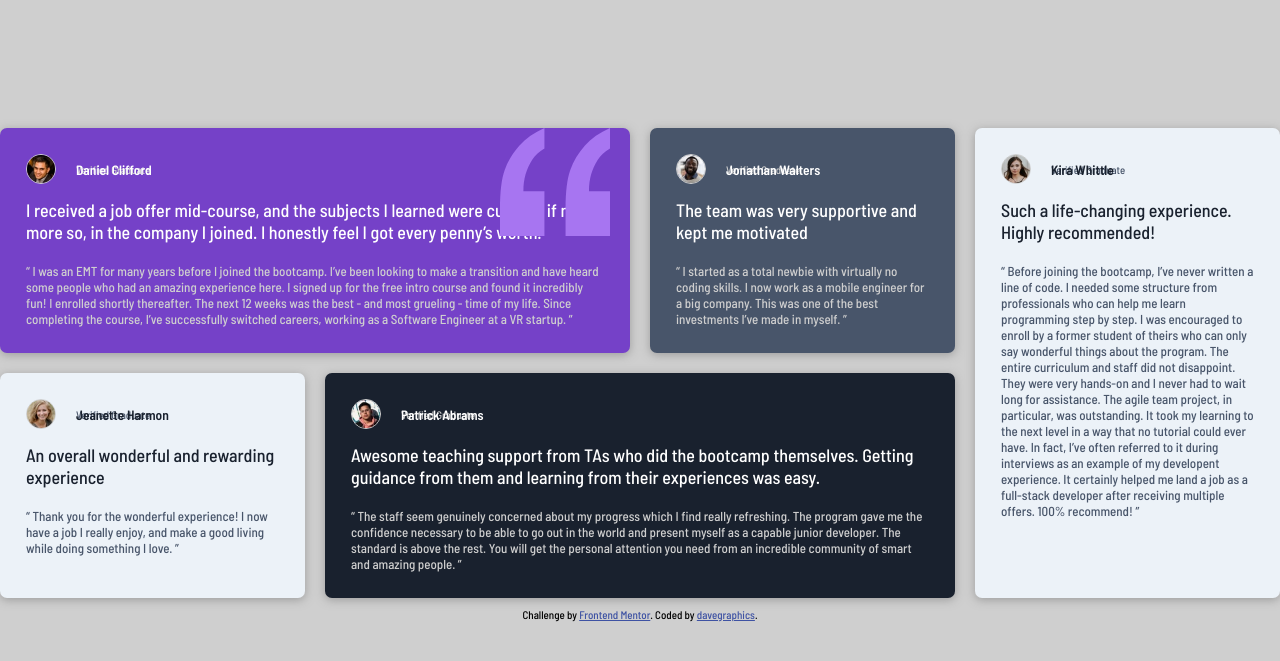
Repository: DejV44/testimonials_grid_section_main
Page: index.html
An editor plug-in stored every save of this project. The page is shown before and after the next save, followed by the edit.
The browser window is 1280 px wide. The pictures show the whole page.
The style sheet was rebuilt from its Sass, Less or Tailwind sources for each picture, by a compiler version that may differ from the author's.

Above is the page before, as saved 2021-07-15 21:20:01.

After the next save:
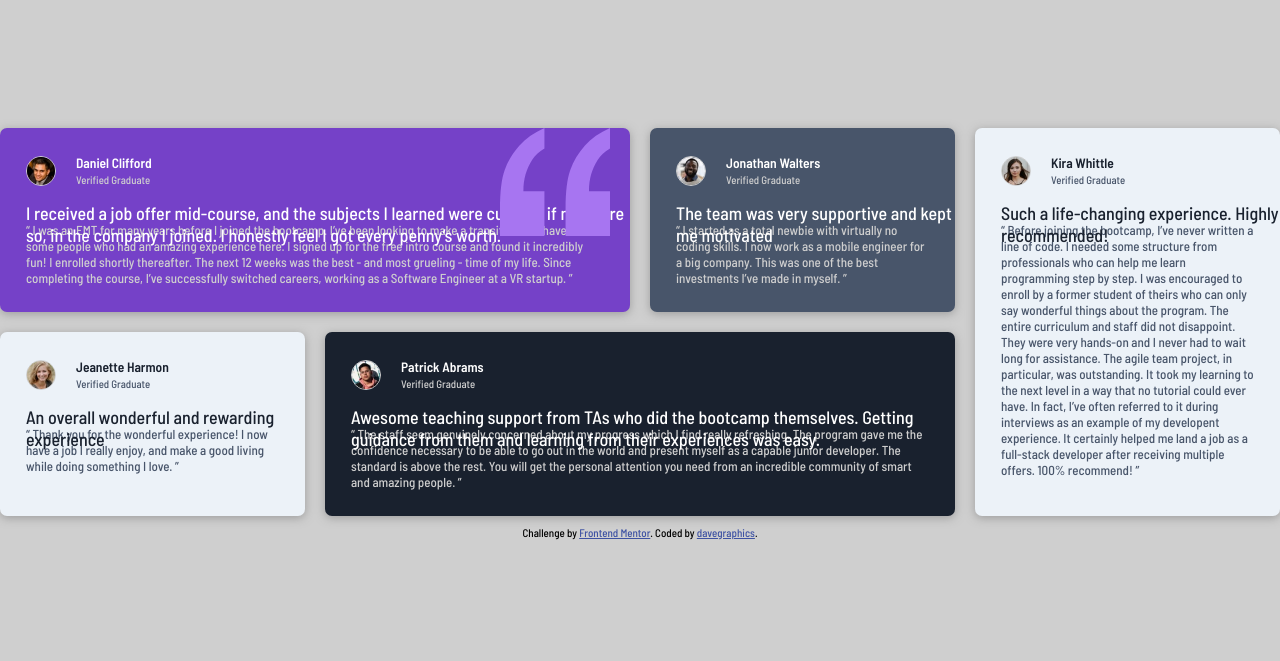
Saved 23 s later.
--- a/css/style.scss
+++ b/css/style.scss
@@ -100,8 +100,7 @@ body {
         }
 
         h4 {
-          position: absolute;
-          z-index: 1;
+
           color: $White;
           font-size: 13.5px;
         }
@@ -116,6 +115,8 @@ body {
         padding-top: 20px;
       }
       p {
+        position: absolute;
+          z-index: 1;
         color: $White;
         font-size: 18px;
       }
